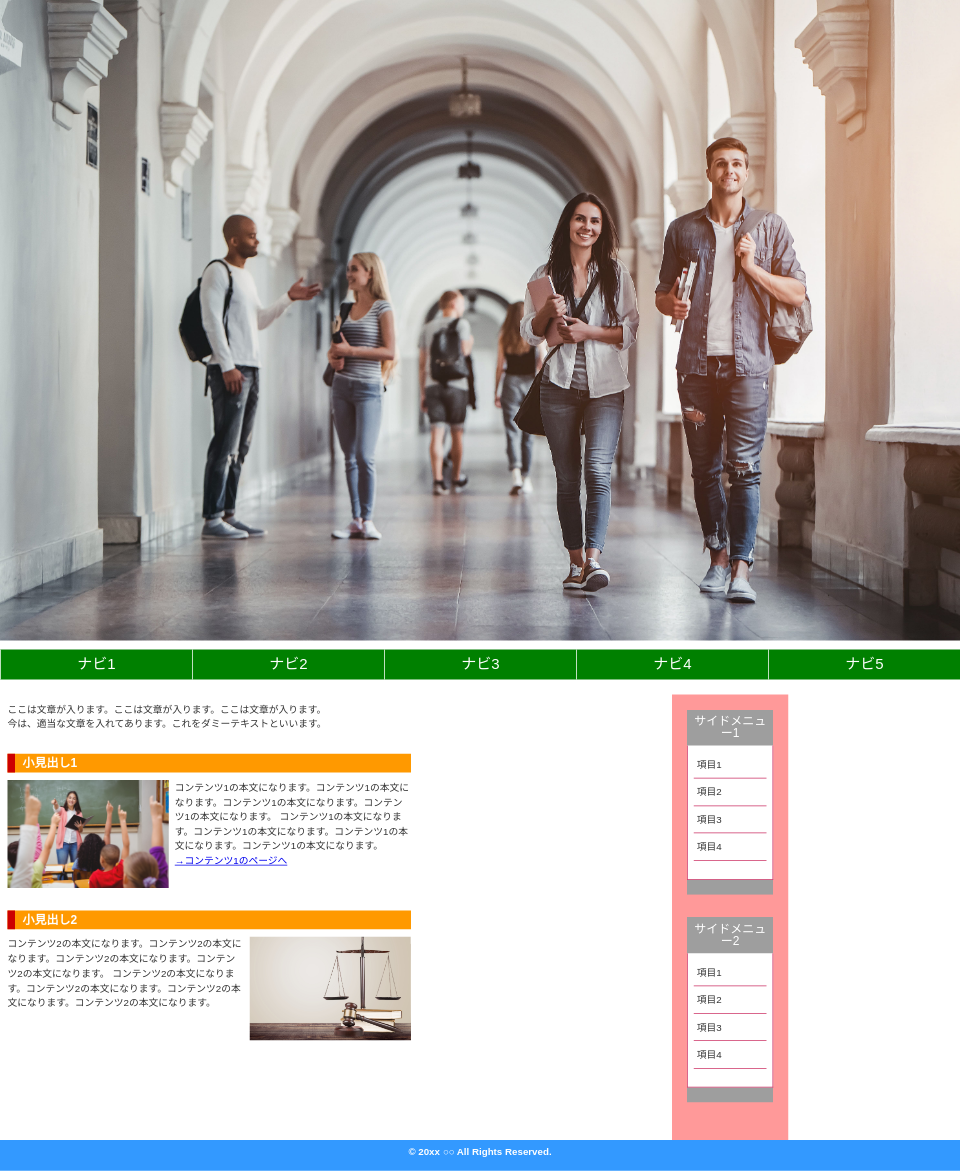
Repository: macozawa/samurai_HTML-CSS
Page: index.html
The author's editor kept a record of every edit. The page is drawn from the files as they stood at one moment, then again after the next edit.
The browser window is 1280 px wide. The pictures show the whole page, at 75% of full size.
Pictures or frames that could not be fetched are drawn as grey boxes.

Above is the page before.

After the next edit:
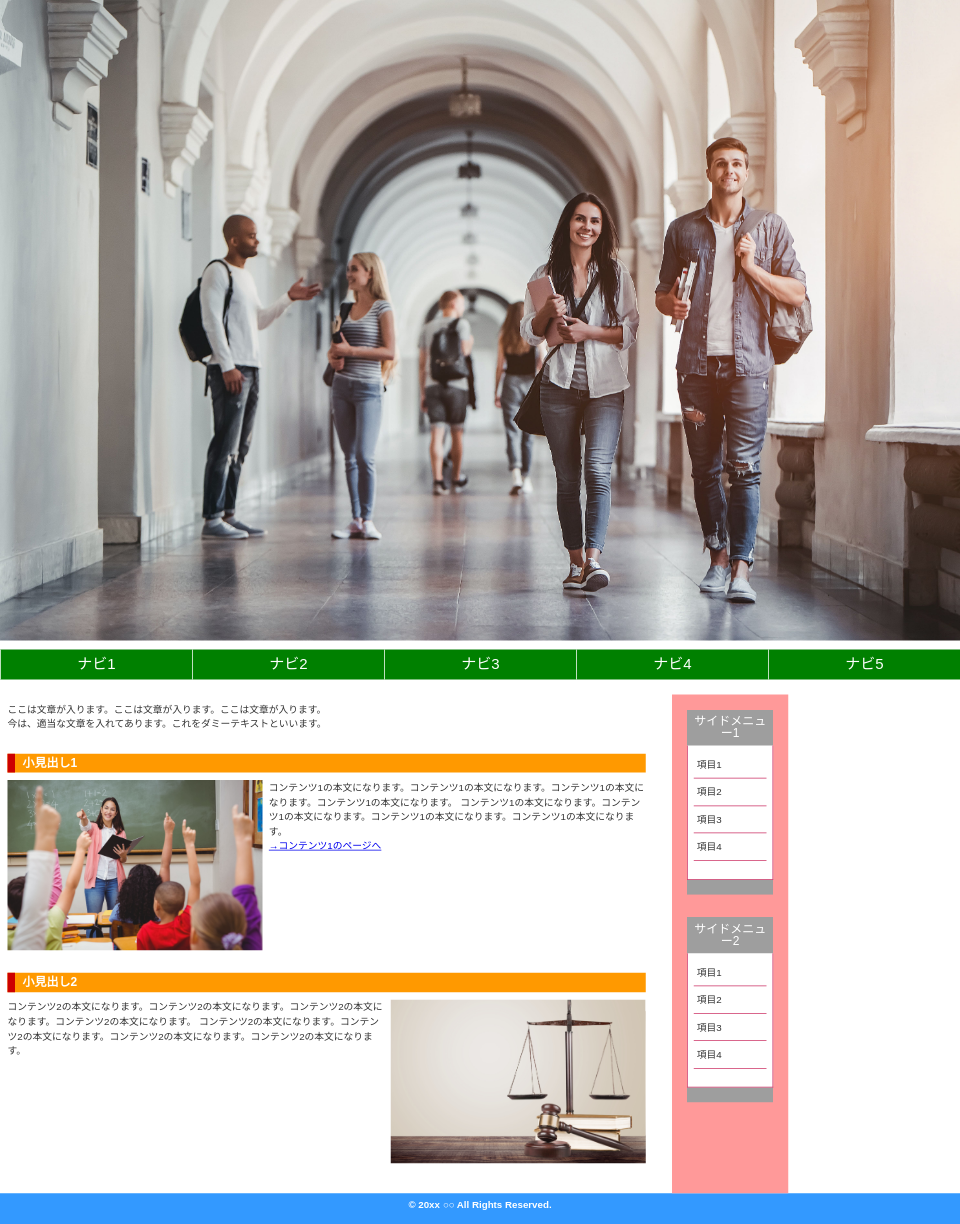
The edit:
--- a/stylesheet.css
+++ b/stylesheet.css
@@ -87,8 +87,6 @@
 /* -------------------- main -------------------- */
 #main {
      width: 95%;
-	float: left;
-	width: 60%;
 	padding: 10px 30px 10px 10px;
 }
 #main h2 {
